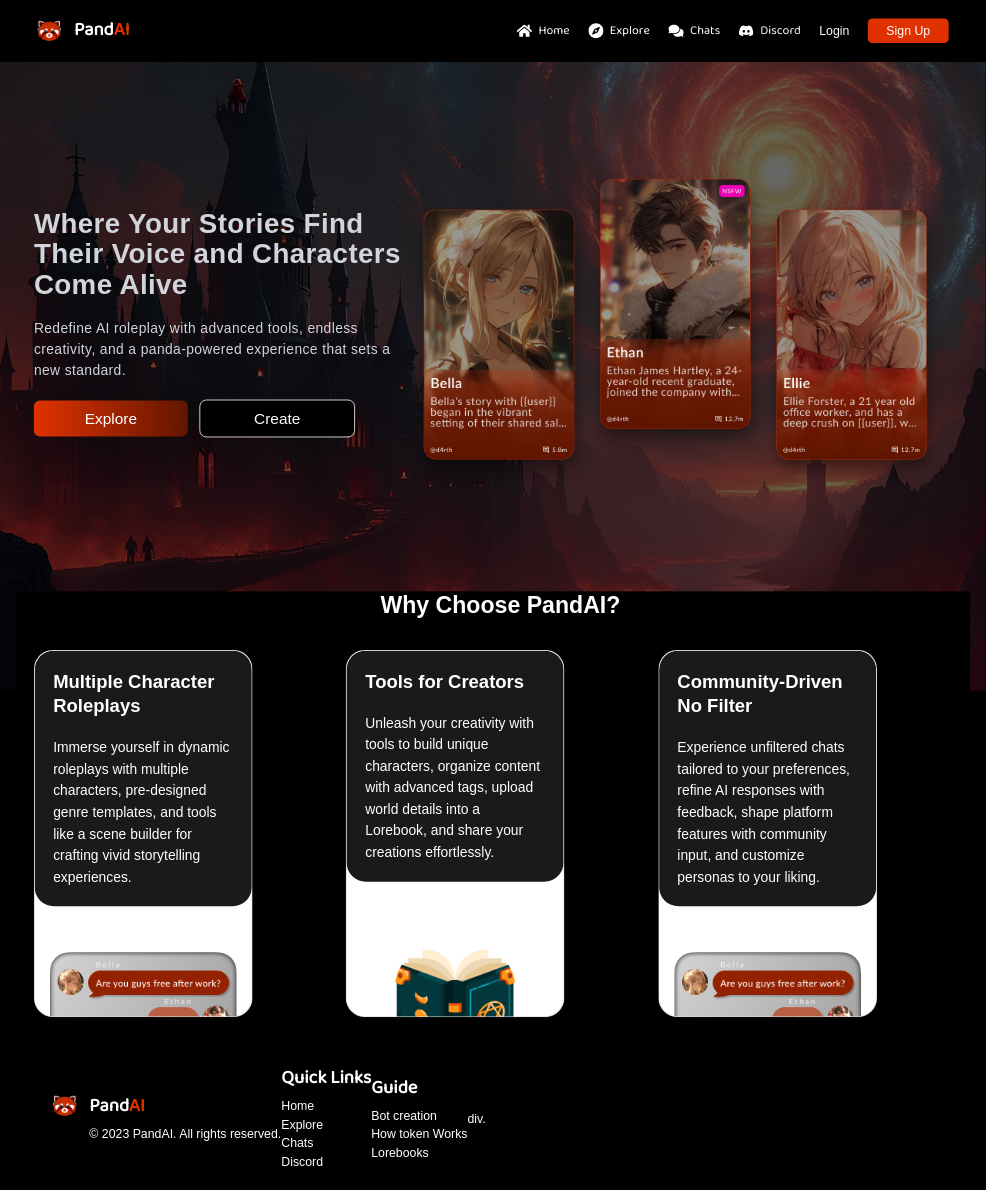
Repository: PandamoniumAI/Pandamonium
Page: /preview
The author's editor kept a copy of each file at every save. The page is drawn from the files as they stood at one save, then again after a run of saves.
The browser window is 1280 px wide. The pictures show the whole page, at 77% of full size.
Some web libraries are served in a nearby version. The project was rebuilt for these pictures with package versions that can differ from the ones it lists, and the page was loaded fresh each time. Also part of the build but not shown: vite.config.js, src/Utils/Utils.js, src/Components/SearchBar/SearchBar.jsx, src/Components/CSS/CharacterCard.css, src/Components/CharacterCard/CharacterCard.jsx, src/Components/CSS/CharacterCardModal.css, src/Components/CharacterCardModal/CharacterCardModal.jsx, src/Components/CSS/Tags.css and 15 more.

Above is the page before, as saved 2025-01-01 21:27:36.

### index.html
<!doctype html>
<html lang="en">
  <head>
    <meta charset="UTF-8" />
    <link rel="icon" type="image/svg+xml" href="/src/assets/animal.png"/>
    <meta name="viewport" content="width=device-width, initial-scale=1.0" />
    <title>Pandamonium</title>
    <link
      href="https://cdn.jsdelivr.net/npm/bootstrap@5.3.0-alpha1/dist/css/bootstrap.min.css"
      rel="stylesheet"
    />
    <link
      href="https://cdn.jsdelivr.net/npm/bootstrap-icons/font/bootstrap-icons.css"
      rel="stylesheet"
    />
    <link
      href="https://cdnjs.cloudflare.com/ajax/libs/animate.css/4.1.1/animate.min.css"
      rel="stylesheet"
    />
  </head>

  <body>
    <div id="root"></div>
    <script src="https://kit.fontawesome.com/68b5244ee4.js" crossorigin="anonymous"></script>
    <script src="https://cdn.jsdelivr.net/npm/react/umd/react.production.min.js"></script>
    <script src="https://cdn.jsdelivr.net/npm/react-dom/umd/react-dom.production.min.js"></script>
    <script type="module" src="/src/main.jsx"></script>
    <script src="https://cdn.jsdelivr.net/npm/bootstrap@5.3.0-alpha1/dist/js/bootstrap.bundle.min.js"></script>
  </body>
</html>

### src/App.jsx
import HomePage from "./Components/HomePage/HomePage.jsx";
import Chat from "./Components/Chat/Chat.jsx";
import Create from "./Components/Create/Create.jsx";
import Error from "./Components/Error/Error.jsx";
import { BrowserRouter as Router, Routes, Route } from "react-router-dom";
import Preview from "../src/Preview/Preview.jsx";
function App() {
  return (
    <Router>
      <Routes>
        <Route path="/" element={<HomePage />} />
        <Route path="/chat/:characterId" element={<Chat />} />
        <Route path="/create" element={<Create />} />
        <Route path="*" element={<Error />} />
        <Route path="/preview" element={<Preview />} />
      </Routes>
    </Router>
  );
}

export default App;

### src/Preview/Preview.jsx
import React from "react";
import Animal from "../assets/animal.png";
import "./Preview.css";
import "tailwindcss/tailwind.css";
import {FaHome, FaCompass, FaComments, FaDiscord} from "react-icons/fa";
import image from "../assets/image.png";
import Chatcard from "../assets/Chat Card.png";
import Book from "../assets/Magical Book World Illustration 1.png";
import Roleplay from "../assets/Chat Card (1).png";

export default function Preview() {
  const handleCardHover = (event, element) => {
    const rect = element.getBoundingClientRect();
    const x = (event.clientX - rect.left) / rect.width - 0.5; // Normalize between -0.5 to 0.5
    const y = (event.clientY - rect.top) / rect.height - 0.5;

    element.style.transform = `rotateX(${y * 10}deg) rotateY(${x * 10}deg) scale(1.05)`;
  };

  return (
    <div className="main">
      <div className="fixed top-0 left-0 w-full bg-black bg-opacity-40 p-4 z-50">
        <div className="flex justify-between items-center w-full max-w-screen-xl mx-auto px-4">
          <div
            className="flex items-center space-x-4 cursor-pointer"
            onClick={() => window.scrollTo({top: 0, behavior: "smooth"})}
          >
            <img className="w-8 h-8" src={Animal} alt="Logo" />
            <h1 className="text-2xl font-bold font-baloo text-white">
              Pand<span className="text-[#E03201]">AI</span>
            </h1>
          </div>

          <div className="flex items-center space-x-6">
            <button className="flex items-center text-white font-baloo hover:text-[#E03201] transition">
              <FaHome className="mr-2 text-xl" />
              Home
            </button>
            <button className="flex items-center text-white font-baloo hover:text-[#E03201] transition">
              <FaCompass className="mr-2 text-xl" />
              Explore
            </button>
            <button className="flex items-center text-white font-baloo hover:text-[#E03201] transition">
              <FaComments className="mr-2 text-xl" />
              Chats
            </button>
            <button className="flex items-center text-white font-baloo hover:text-[#E03201] transition">
              <FaDiscord className="mr-2 text-xl" />
              Discord
            </button>
            <button className="text-white hover:text-[#E03201] transition">
              Login
            </button>
            <button className="bg-[#E03201] text-white px-4 py-1 rounded-md hover:bg-[#b02501] transition">
              Sign Up
            </button>
          </div>
        </div>
      </div>

      <div className="preview-container relative p-6">
        <div className="Preview-text mt-[50px] absolute top-[200px]">
          <p className="text-4xl text-gray-300 font-bold mb-6 tracking-[0.5px] w-[500px]">
            Where Your Stories Find Their Voice and Characters Come Alive
          </p>
          <p className="text-[18px] text-gray-300 leading-[27px] tracking-[0.5px] w-[500px] mb-8">
            Redefine AI roleplay with advanced tools, endless creativity, and a
            panda-powered experience that sets a new standard.
          </p>
        </div>

        <div className="Buttons absolute top-[500px] flex space-x-4 mb-8">
          <button className="text-white text-xl h-[47px] w-[200px] rounded-lg shadow-2xl bg-gradient-to-r from-[#E03201] to-[#611600] transform hover:scale-105 transition-all duration-300 ease-in-out hover:shadow-orange-500/50 hover:shadow-lg">
            <span className="relative z-10">Explore</span>
          </button>
          <button
            className="create bg-black text-white text-xl h-[47px] w-[200px] rounded-lg shadow-2xl outline outline-1 hover:outline-none transition-all duration-300 ease-in-out transform hover:scale-105 hover:shadow-[#B22801]/50 hover:shadow-lg relative overflow-hidden group"
            style={{
              outlineImage:
                "linear-gradient(to right, #FFCBBB, #D07A5A, #A8382D, #611600)",
              outlineImageSlice: 1,
            }}
          >
            <span className="relative z-10">Create</span>
            <span className="absolute inset-0 bg-yellow-500 transform scale-x-0 group-hover:scale-x-100 transition-transform duration-300 origin-left"></span>
          </button>
        </div>

        <div className="absolute right-[30px] top-[200px]">
          <img src={image} alt="" />
        </div>
      </div>

      <div className="info px-6 relative bg-black" style={{ top: "700px" }}>
        <div className="infotext mb-8 text-white">
          <h1 className="text-3xl font-bold text-white ml-[450px]">
            Why Choose PandAI?
          </h1>

          <div className="cards grid grid-cols-1 md:grid-cols-3 gap-6 mt-10">
            {[
              "Multiple Character Roleplays",
              "Tools for Creators",
              "Community-Driven No Filter",
            ].map((title, index) => (
              <div
                key={index}
                className="card relative flex flex-col justify-between w-[284px] h-[477px] rounded-[25px] overflow-hidden"
                onMouseMove={(e) => handleCardHover(e, e.currentTarget)}
              >
                <div
                  className="absolute inset-0 -z-10 rounded-[25px]"
                  style={{
                    background:
                      "linear-gradient(135deg, #BF18C2, #6B1C8F, #1D0375)",
                    position: "absolute",
                    top: 0,
                    left: 0,
                    right: 0,
                    bottom: 0,
                    borderRadius: "25px",
                    padding: "2px",
                  }}
                />
                <div className="content p-6 bg-[#1A1A1A] flex flex-col justify-between h-full rounded-[25px]">
                  <h2 className="text-2xl font-semibold mb-4 text-white">
                    {title}
                  </h2>
                  <p className="text-lg text-white">
                    {index === 0
                      ? "Immerse yourself in dynamic roleplays with multiple characters, pre-designed genre templates, and tools like a scene builder for crafting vivid storytelling experiences."
                      : index === 1
                        ? "Unleash your creativity with tools to build unique characters, organize content with advanced tags, upload world details into a Lorebook, and share your creations effortlessly."
                        : "Experience unfiltered chats tailored to your preferences, refine AI responses with feedback, shape platform features with community input, and customize personas to your liking."}
                  </p>
                </div>
                <div className="image-container mt-4">
                  {index === 0 ? (
                    <img
                      src={Chatcard}
                      alt="Roleplay"
                      className="w-full rounded-[25px]"
                    />
                  ) : index === 1 ? (
                    <img
                      src={Book}
                      alt="Creator Tools"
                      className="w-full rounded-[25px]"
                    />
                  ) : (
                    <img
                      src={Roleplay}
                      alt="Community"
                      className="w-full rounded-[25px]"
                    />
                  )}
                </div>
              </div>
            ))}
          </div>

          <div className="Footer bg-black py-6 flex items-center pl-6 mt-10">
            <img className="w-8 h-8 mr-4 mb-[35px]"  src={Animal} alt="Logo" />
            <div className="flex flex-col">
              <h1 className="text-2xl font-bold font-baloo text-white">
                Pand<span className="text-[#E03201]">AI</span>
              </h1>
              <p className="text-white mt-2">
                © 2023 PandAI. All rights reserved.
              </p>

            </div>
            <div className="Quicklinks">
              <h1 className="text-2xl font-bold font-baloo text-white">
                Quick Links
              </h1>
              <ul className="list-none pl-0 mt-2">
                <li className="text-white hover:text-[#E03201] transition">
                  <a href="#">Home</a>
                </li>
                <li className="text-white hover:text-[#E03201] transition">
                  <a href="#">Explore</a>
                </li>
                <li className="text-white hover:text-[#E03201] transition">
                  <a href="#">Chats</a>
                </li>
                <li className="text-white hover:text-[#E03201] transition">
                  <a href="#">Discord</a>
                </li>
              </ul>
            </div>

            <div className="guide">
              <h1 className="text-2xl font-bold font-baloo text-white">
                Guide
              </h1>
              <ul className="list-none pl-0 mt-2">
                <li className="text-white hover:text-[#E03201] transition">
                  <a href="#">Bot creation</a>
                </li>
                <li className="text-white hover:text-[#E03201] transition">
                  <a href="#">How token Works</a>
                </li>
                <li className="text-white hover:text-[#E03201] transition">
                  <a href="#">Lorebooks</a>
                </li>
              </ul>
            </div>

            div.
          </div>
        </div>
      </div>
    </div>
  );
}

### src/Components/Chat/ExtraCss.css
/* ExtraCss.css */

/* General Styles */
body {
    margin: 0;
    padding: 0;
    font-family: Arial, sans-serif;
    background-color: #121212;
    color: #ffffff;
  }

  /* Chat Container */
  .d-flex {
    display: flex;
  }

  .flex-column {
    flex-direction: column;
  }

  .h-100 {
    height: 100%;
  }

  .bg-dark {
    background-color: #181818;
  }

  .text-white {
    color: #ffffff;
  }

  .border-secondary {
    border-color: #444;
  }

  .border-top {
    border-top: 1px solid;
  }

  .border-bottom {
    border-bottom: 1px solid;
  }

  .overflow-hidden {
    overflow: hidden;
  }

  .overflow-auto {
    overflow: auto;
  }

  /* Chat Header */
  .p-3 {
    padding: 1rem;
  }

  .align-items-center {
    align-items: center;
  }

  .space-x-4 > * + * {
    margin-left: 1rem;
  }

  /* Avatar */
  img.rounded-circle {
    border-radius: 50%;
    cursor: pointer;
  }

  /* Message Bubbles */
  .bg-secondary {
    background-color: #2a2a2a;
  }

  .p-3 {
    padding: 1rem;
  }

  .rounded-lg {
    border-radius: 1rem;
  }

  .shadow-lg {
    box-shadow: 0px 4px 10px rgba(0, 0, 0, 0.2);
  }

  .text-muted {
    color: #aaaaaa;
  }

  /* Input Field */
  input {
    outline: none;
  }

  input::placeholder {
    color: #aaaaaa;
  }

  .border-0 {
    border: none;
  }

  .flex-grow-1 {
    flex-grow: 1;
  }

  .shadow-lg {
    box-shadow: 0px 4px 10px rgba(0, 0, 0, 0.2);
  }

  /* Buttons */
  button {
    cursor: pointer;
  }

  button:disabled {
    opacity: 0.6;
    cursor: not-allowed;
  }

  .btn {
    display: inline-flex;
    justify-content: center;
    align-items: center;
    padding: 0.5rem;
    border: none;
    border-radius: 0.5rem;
    transition: background-color 0.3s ease, transform 0.2s ease;
  }

  .btn:hover:not(:disabled) {
    background-color: #555;
    transform: translateY(-2px);
  }

  .btn-light {
    background-color: #444;
    color: #fff;
  }

  .btn-primary {
    background-color: #007bff;
    color: #fff;
  }

  .btn-primary:hover:not(:disabled) {
    background-color: #0056b3;
  }

  /* Typing Animation */
  .animate-pulse {
    animation: pulse 1.5s infinite;
  }

  @keyframes pulse {
    0%, 100% {
      opacity: 1;
    }
    50% {
      opacity: 0.5;
    }
  }

  /* Smooth Fade-In */
  @keyframes fadeIn {
    from {
      opacity: 0;
      transform: translateY(10px);
    }
    to {
      opacity: 1;
      transform: translateY(0);
    }
  }

  /* Scrollbar Styles */
  .overflow-auto::-webkit-scrollbar {
    width: 6px;
  }

  .overflow-auto::-webkit-scrollbar-thumb {
    background-color: #444;
    border-radius: 10px;
  }

  .overflow-auto::-webkit-scrollbar-track {
    background-color: transparent;
  }

  .ReactModal__Overlay {
    opacity: 0;
    transition: opacity 0.3s ease-in-out;
  }
  .ReactModal__Overlay--after-open {
    opacity: 1;
  }
  .ReactModal__Overlay--before-close {
    opacity: 0;
  }

### src/Components/CSS/Create.css
body {
    background-color: #121212;
    color: #fff;
    min-height: 100vh;
    padding: 20px;
    font-family: 'Arial', sans-serif;
}
.creation-form {
    max-width: 800px;
    margin: 0 auto;
    background-color: rgba(0, 0, 0, 0.8);
    padding: 30px;
    border-radius: 15px;
    border: 1px solid #444;
    transition: all 0.3s ease;
}
.creation-form:hover {
    transform: scale(1.03);
    box-shadow: 0 10px 30px rgba(0, 0, 0, 0.5);
}
.form-control {
    background-color: #333;
    border: 1px solid #555;
    color: #fff;
    margin-bottom: 20px;
    transition: all 0.3s ease;
}
.form-control:focus {
    background-color: #444;
    border-color: #007bff;
    color: #fff;
}
.form-label {
    font-weight: bold;
}
.btn {
    background-color: #007bff;
    color: #fff;
    transition: all 0.3s ease;
}
.btn:hover {
    background-color: #0056b3;
}
.select2-container {
    width: 100%;
}
.custom-tag-field {
    margin-top: 20px;
}
.custom-tag-field input {
    width: calc(100% - 60px);
    display: inline-block;
    margin-right: 10px;
}
.custom-tag-field button {
    display: inline-block;
    background-color: #28a745;
    color: white;
    padding: 6px 12px;
    border: none;
    cursor: pointer;
}
.custom-tag-field button:hover {
    background-color: #218838;
}

@keyframes float {
    0% { transform: translateY(0px); }
    50% { transform: translateY(-10px); }
    100% { transform: translateY(0px); }
}

.tags-modal {
    display: none;
    position: fixed;
    top: 0;
    left: 0;
    width: 100%;
    height: 100%;
    background: rgba(0,0,0,0.7);
    z-index: 1000;
    animation: fadeIn 0.3s;
}

.tags-modal-content {
    position: absolute;
    top: 50%;
    left: 50%;
    transform: translate(-50%, -50%);
    background: #121212;
    color: white;
    padding: 2rem;
    border-radius: 15px;
    width: 90%;
    max-width: 500px;
    animation: slideIn 0.3s;
    box-shadow: 0 5px 15px rgba(0,0,0,0.3);
}

.tags-modal-header {
    display: flex;
    justify-content: space-between;
    align-items: center;
    margin-bottom: 1.5rem;
    border-bottom: 1px solid #333;
    padding-bottom: 1rem;
}

.btn-close {
    background-color: white;
}

.tag-pills {
    display: flex;
    flex-wrap: wrap;
    gap: 0.5rem;
}

.tag-pill {
    padding: 0.5rem 1rem;
    background: #2d2d2d;
    color: white;
    border-radius: 20px;
    cursor: pointer;
    transition: all 0.2s;
    border: 1px solid #444;
}

.tag-pill:hover {
    background: #3d3d3d;
    transform: translateY(-1px);
}

.tag-pill.selected {
    background: #007bff;
    color: white;
    border-color: #0056b3;
}

.selected-tags {
    background: #1a1a1a;
    padding: 1rem;
    border-radius: 10px;
}

.form-control {
    background: #2d2d2d;
    border: 1px solid #444;
    color: white;
}

.form-control:focus {
    background: #2d2d2d;
    color: white;
    border-color: #007bff;
    box-shadow: 0 0 0 0.2rem rgba(0,123,255,0.25);
}

.form-control::placeholder {
    color: #888;
}

@keyframes fadeIn {
    from { opacity: 0; }
    to { opacity: 1; }
}

@keyframes slideIn {
    from { transform: translate(-50%, -60%); opacity: 0; }
    to { transform: translate(-50%, -50%); opacity: 1; }
}

### src/Preview/Preview.css
@tailwind base;
@tailwind components;
@tailwind utilities;

@font-face {
    font-family: 'BalooDa2';
    src: url('../assets/Fonts/BalooDa2-Regular.ttf') format('truetype');
    font-weight: 400;
    font-style: normal;
}

body {
    position: relative;
    background-color: #000;
    min-height: 100vh;
    margin: 0;
    display: flex;
    flex-direction: column;
}

body::before {
    content: '';
    position: absolute;
    top: 0;
    left: 0;
    right: 0;
    bottom: 0;
    background-image: url('../../src/assets/Castle.jpg');
    background-size: cover;
    background-position: center;
    opacity: 0.4;
    z-index: -1;
}

### src/Components/Chat/Sidebar/styles.css
.floating-btn {
  position: absolute;
  top: 50%;
  left: 20px;
  cursor: pointer;
  z-index: 999;
  width: 64px;
  height: 64px;
  background-color: transparent;
  border: none;
  border-radius: 50%;
  transition: left 0.6s ease, transform 0.3s ease;
  box-shadow: none; /* Removed shadow */
}

.floating-btn.open {
  left: calc(240px + 20px);
}

.floating-btn.closed {
  left: 20px;
}

.sidebar {
  position: fixed;
  top: 0;
  left: 0;
  height: 100vh;
  background-color: #333;
  transition: width 0.5s ease-in-out;
  overflow: hidden;
  border-radius: 0 20px 20px 0;
}

.sidebar.open {
  width: 240px;
}

.sidebar.closed {
  width: 0;
}

.panda-image {
  transition: transform 0.5s ease, transform-origin 0.5s ease;
}

.panda-image:hover {
  transform: rotate(360deg); /* Full 360° rotation on hover */
  transform-origin: center;
}

.floating-btn:hover img {
  transform: rotate(360deg); /* Rotate the image smoothly when hovering over it */
  transition: transform 0.6s ease-in-out;
}

/* Reverse rotation when mouse leaves */
.floating-btn img {
  transition: transform 0.6s ease-out;
}

.floating-btn img:hover {
  animation: pandaRotate 0.6s forwards;
}

@keyframes pandaRotate {
  0% {
      transform: rotate(0deg);
  }
  100% {
      transform: rotate(360deg);
  }
}

.floating-btn img:not(:hover) {
  animation: reversePandaRotate 0.6s forwards;
}

@keyframes reversePandaRotate {
  0% {
      transform: rotate(360deg);
  }
  100% {
      transform: rotate(0deg);
  }
}

#pandaBtn {
  transition: transform 0.6s ease-in-out;
}

@media (max-width: 768px) {
  .sidebar {
      display: none;
  }

  .floating-btn {
      left: 20px;
  }
}

Loaded but not shown: src/main.jsx (common file); tailwind.config.js (14 lines, source omitted); src/Components/CSS/HomePage.css (319 lines, source omitted)

After the next 2 saves:
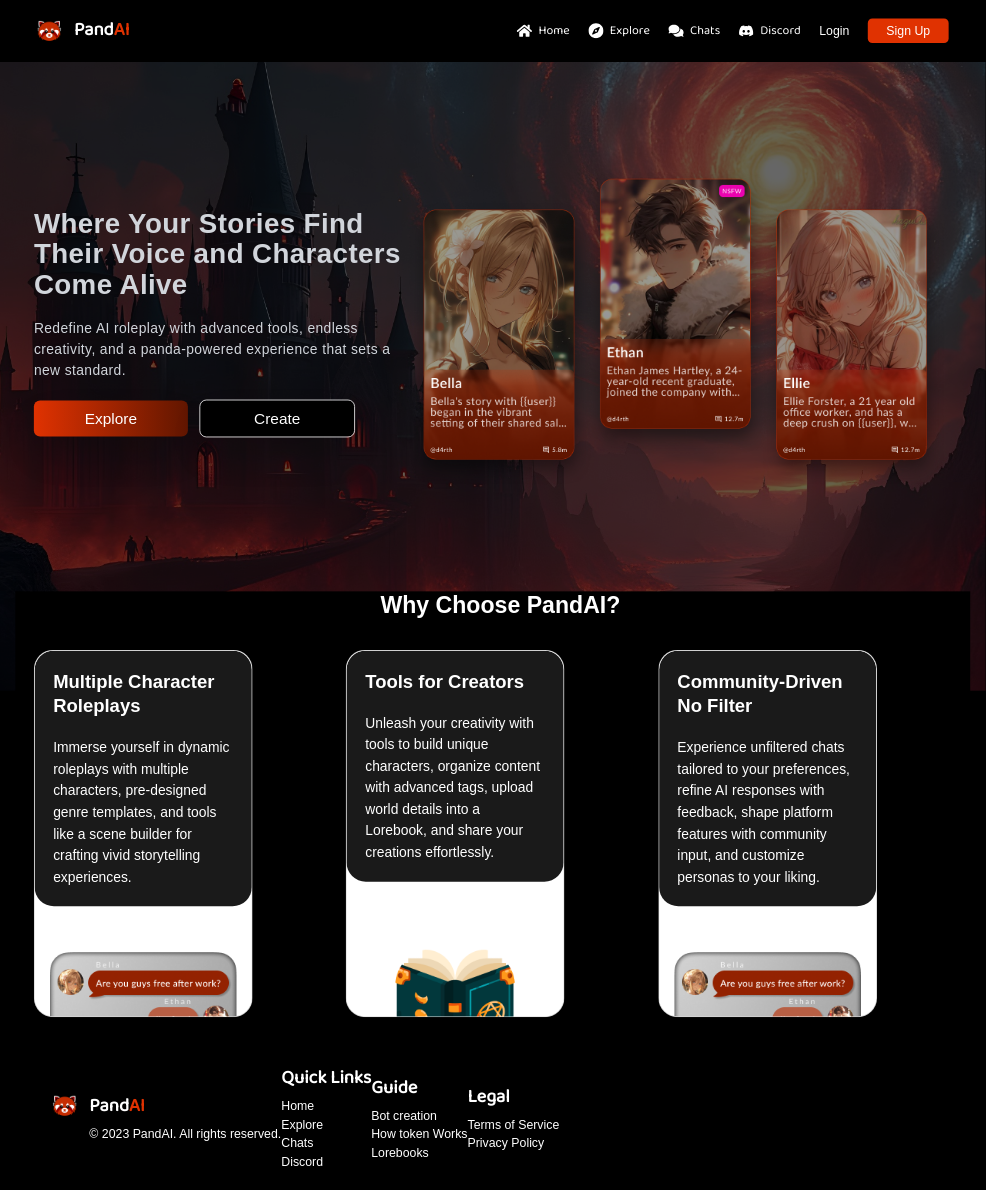
The 2 saves are shown as one change because they came seconds apart.
The last was saved 13 s later.
--- a/src/Preview/Preview.jsx
+++ b/src/Preview/Preview.jsx
@@ -207,7 +207,19 @@
               </ul>
             </div>
 
-            div.
+            <div className="legal">
+              <h1 className="text-2xl font-bold font-baloo text-white">
+                Legal
+              </h1>
+              <ul className="list-none pl-0 mt-2">
+                <li className="text-white hover:text-[#E03201] transition">
+                  <a href="#">Terms of Service</a>
+                </li>
+                <li className="text-white hover:text-[#E03201] transition">
+                  <a href="#">Privacy Policy</a>
+                </li>
+              </ul>
+            </div>
           </div>
         </div>
       </div>
